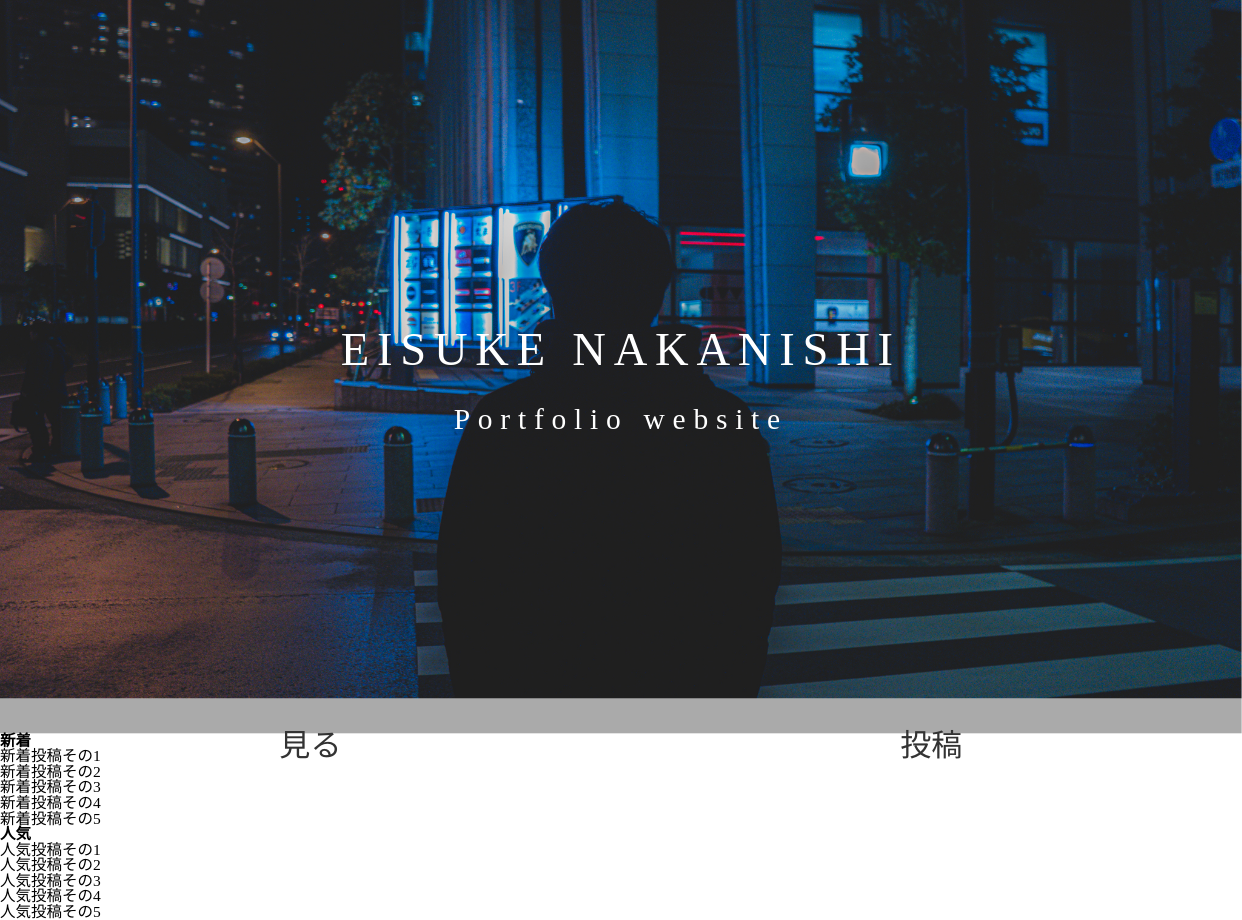
Repository: KustomApe/LandorusInc
Page: index.html
An editor plug-in stored every save of this project. The page is shown before and after a run of saves, followed by the edit.
The browser window is 1280 px wide. The pictures show the whole page, at 97% of full size.

Above is the page before, as saved 2021-07-24 13:09:59.

After the next 2 saves:
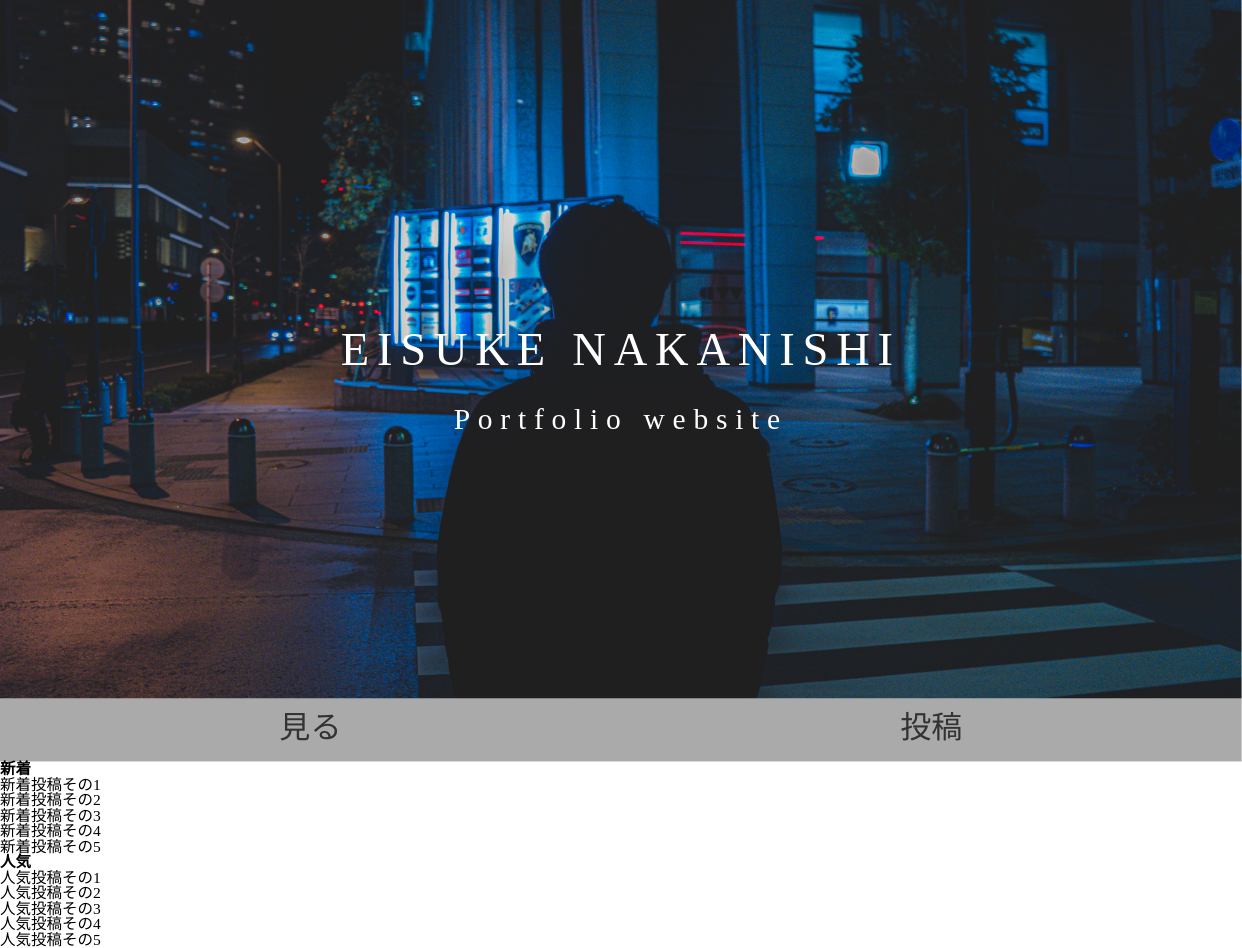
The 2 saves are shown as one change because they came seconds apart.
The last was saved 16 s later.
--- a/assets/css/style.css
+++ b/assets/css/style.css
@@ -48,7 +48,7 @@ div.contents ul#main_btn {
     list-style: none;
     display: flex;
     width: 100%;
-    height: 5vh;
+    height: 9vh;
     background: #aaa;
 
 }
@@ -58,7 +58,7 @@ div.contents ul#main_btn li {
     width: 100%;
     height: 5vh;
     margin: 0 auto;
-    padding: 2rem 0;
+    padding: 2vh 0;
     font-size: 2rem;
     color: #333;
     text-align: center;
